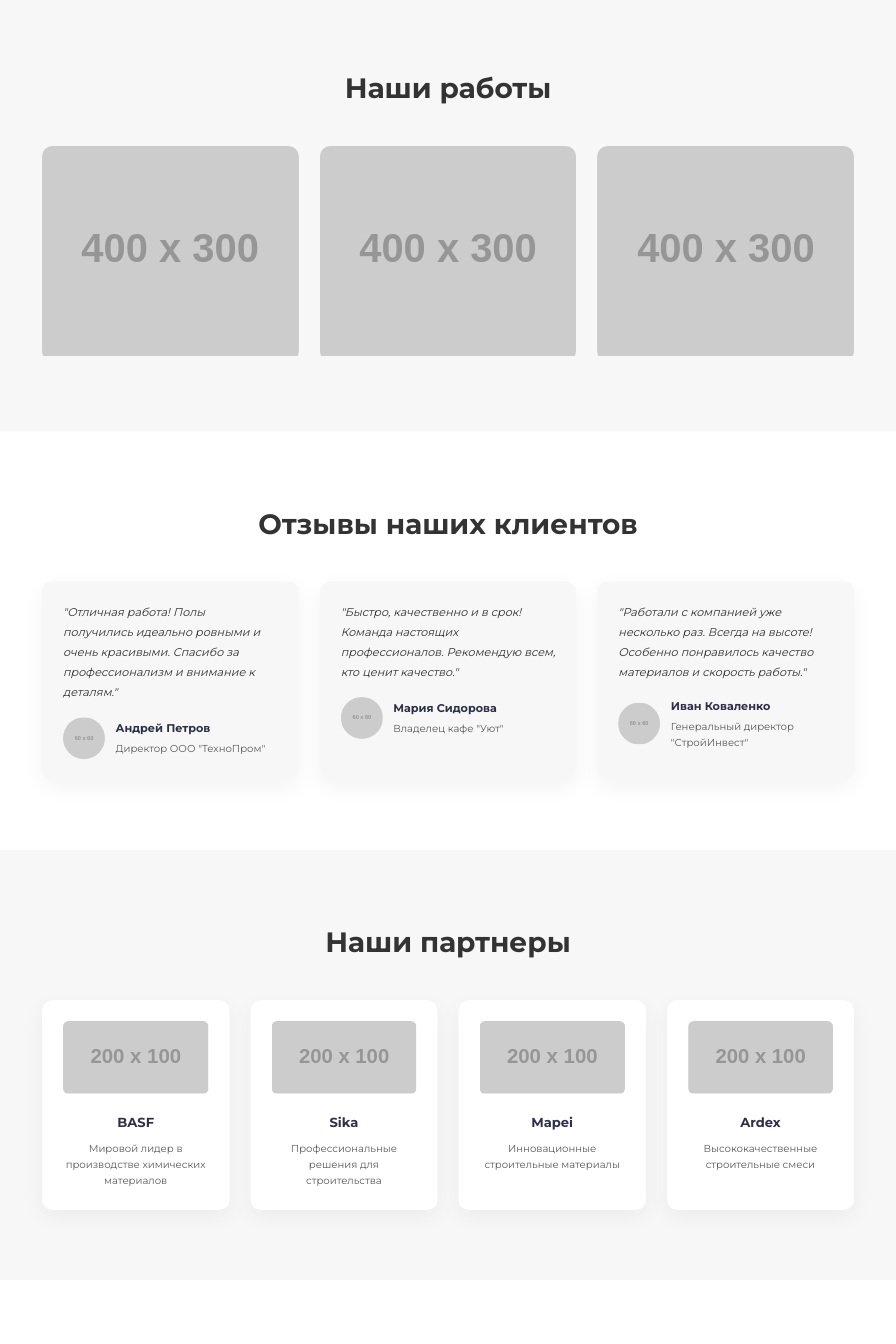
Repository: kerni-ca/kerni-ca
Page: index.html
An editor plug-in stored every save of this project. The page is shown before and after the next save, followed by the edit.
The browser window is 1280 px wide. The pictures show the part of the page from y = 1662 to 3582 px (the page is 4315 px tall), at 70% of full size.

Above is the page before, as saved 2025-06-12 11:20:46.

After the next save:
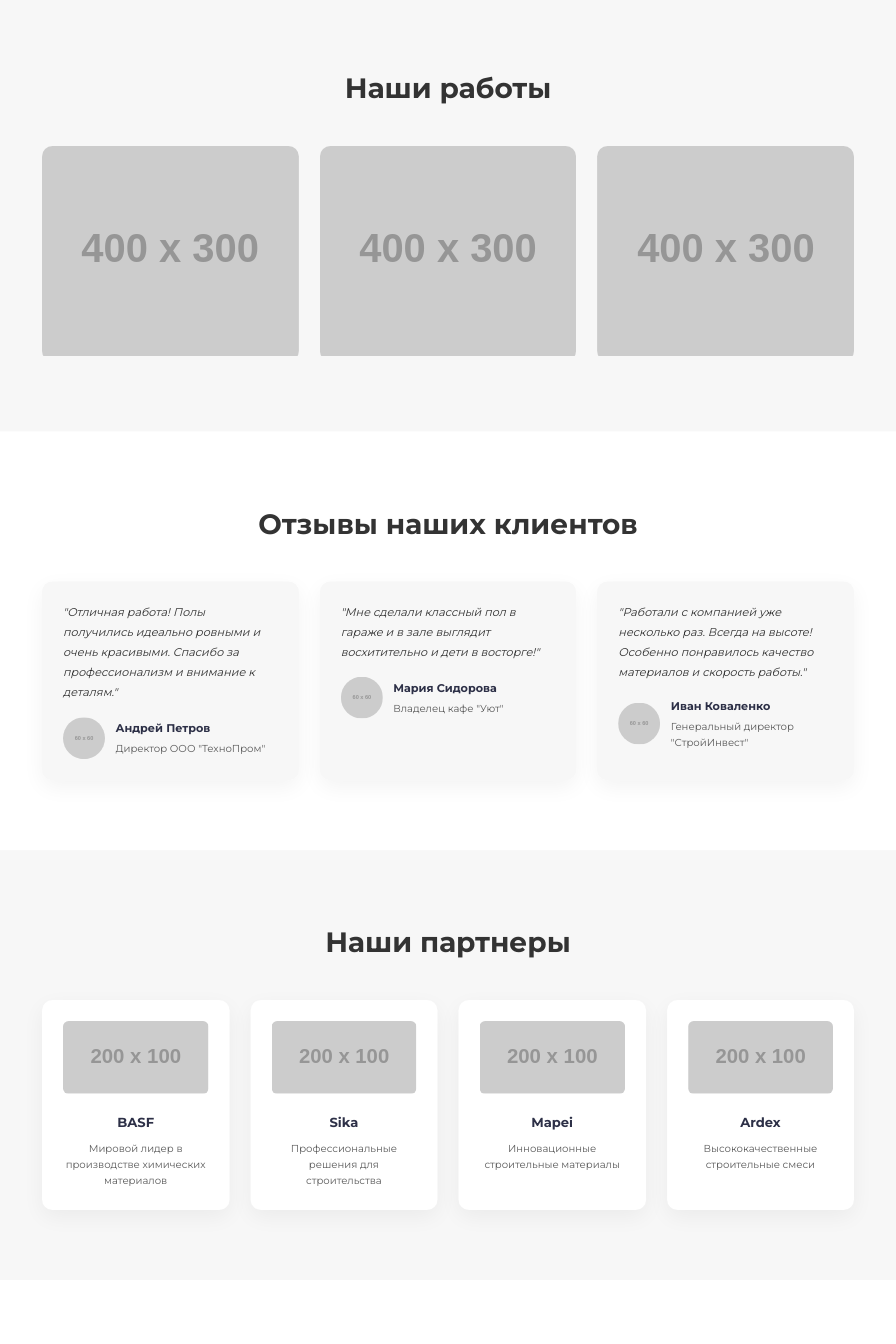
Saved 2 min 21 s later.
--- a/index.html
+++ b/index.html
@@ -118,7 +118,7 @@
                 </div>
                 <div class="testimonial-card">
                     <div class="testimonial-content">
-                        <p>"Быстро, качественно и в срок! Команда настоящих профессионалов. Рекомендую всем, кто ценит качество."</p>
+                        <p>"Мне сделали классный пол в гараже и в зале выглядит восхитительно и дети в восторге!"</p>
                     </div>
                     <div class="testimonial-author">
                         <img src="https://via.placeholder.com/60x60" alt="Фото клиента">
